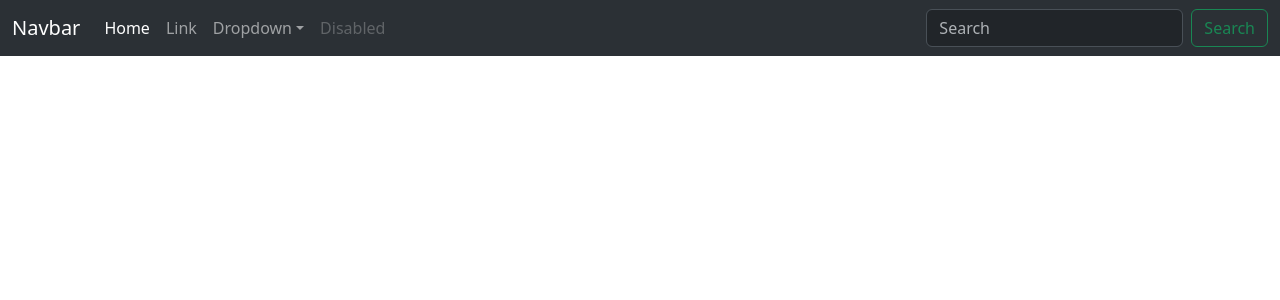
Repository: bhanage-viraj/weather-news-dashboard
Page: /
The author's editor kept a copy of each file at every save. The page is drawn from the files as they stood at one save, then again after a run of saves.
The browser window is 1280 px wide. The pictures show the whole page.
The project was rebuilt for these pictures with package versions that can differ from the ones it lists, and the page was loaded fresh each time. Also part of the build but not shown: vite.config.js, src/App.css, src/index.css, src/styles/weather.css, src/components/Debug.jsx.

Above is the page before, as saved 2025-04-20 09:17:35.

After the next 5 saves:
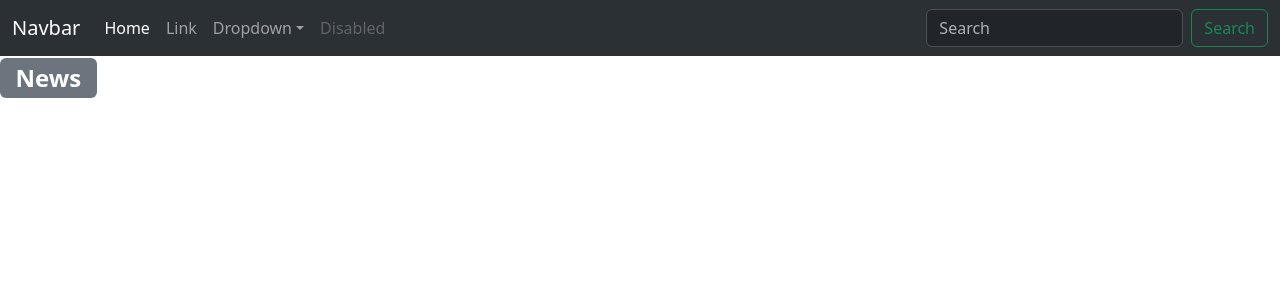
The 5 saves are shown as one change because 1 did not build or start and some came seconds apart.
The last was saved 14 s later.
--- a/src/App.jsx
+++ b/src/App.jsx
@@ -1,10 +1,11 @@
 
 import NavBar from "./components/NavBar.jsx"
-import "./App.css"
+import NewsBoard from "./components/NewsBoard.jsx"
 const App = () => {
   return (
     <div>
       <NavBar />
+      <NewsBoard />
     </div>
   )
 }
